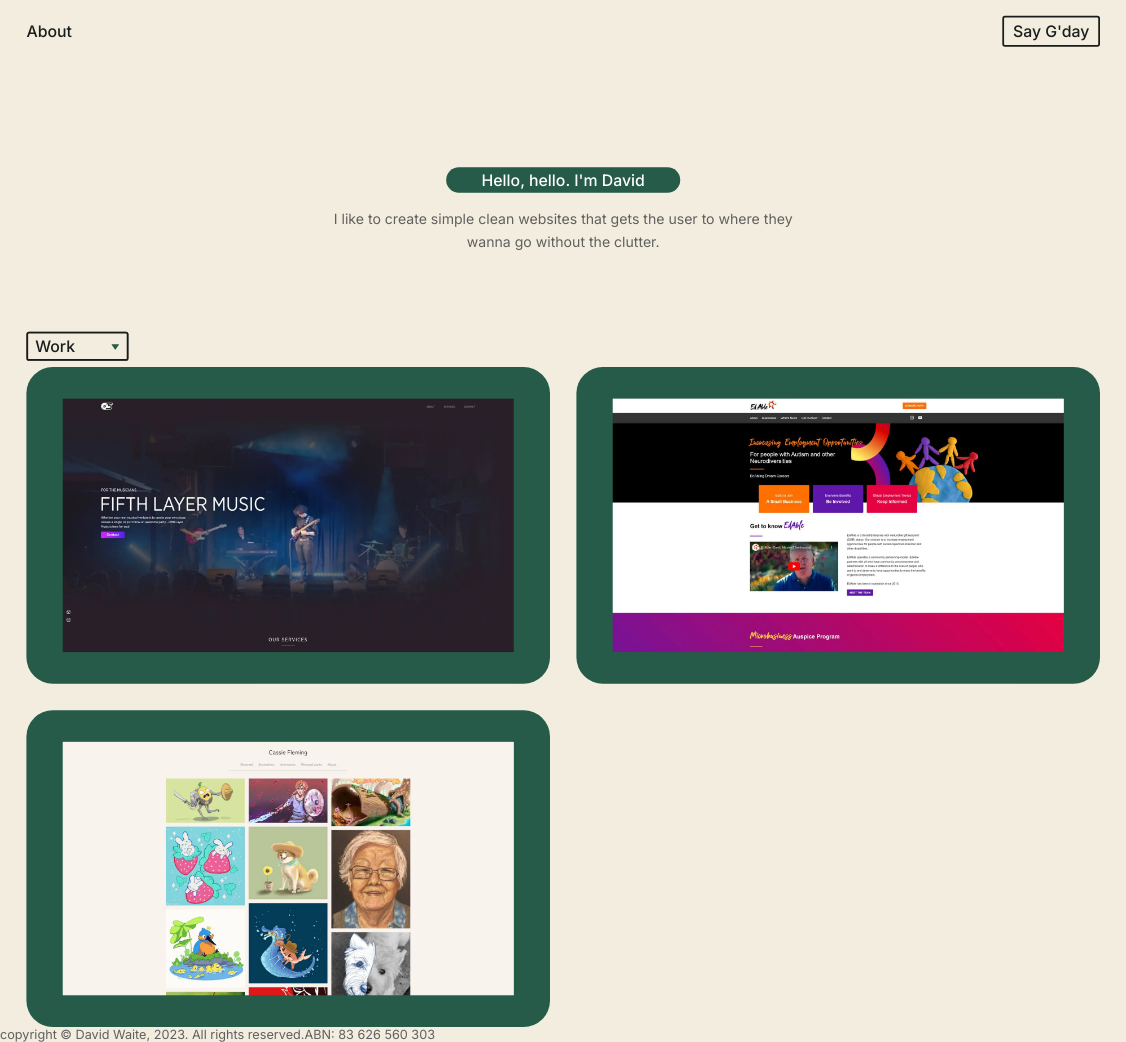
Repository: David-Waite/David-Waite-Portfolio
Page: /
The author's editor kept a copy of each file at every save. The page is drawn from the files as they stood at one save, then again after a run of saves.
The browser window is 1280 px wide. The pictures show the whole page, at 88% of full size.
The project was rebuilt for these pictures with package versions that can differ from the ones it lists, and the page was loaded fresh each time. Some packages were replaced by stand-ins written for this rebuild. The framework's server and built-in components were replaced by stand-ins that run in the browser. Also part of the build but not shown: next.config.js.

Above is the page before, as saved 2023-07-27 20:42:19.

### app/layout.tsx
import "./globals.css";
import type { Metadata } from "next";
import { Inter } from "next/font/google";
import NavBar from "./components/Nav/NavBar/NavBar";
import Footer from "./components/Footer/Footer";

const inter = Inter({ subsets: ["latin"] });

export const metadata: Metadata = {
  title: "David Waite | Web Developer",
  description: `David Waite. Web Developer. I like to create simple clean websites that gets the user to where they wanna go without the clutter.`,
};

export default function RootLayout({
  children,
}: {
  children: React.ReactNode;
}) {
  return (
    <html lang="en">
      <body className={inter.className}>
        <NavBar />
        {children}
        <Footer />
      </body>
    </html>
  );
}

### app/page.tsx
import Projects from "./components/Home/Projects/Projects";
import styles from "./page.module.css";

export default function Home() {
  return (
    <main className={styles.main}>
      <div className={styles.headingContainer}>
        <h1>Hello, hello. I&apos;m David</h1>
        <p>
          I like to create simple clean websites that gets the user to where
          they wanna go without the clutter.
        </p>
      </div>

      <Projects />
    </main>
  );
}

### app/contact/send/route.ts
import mail from "@sendgrid/mail";
import { NextResponse } from "next/server";

// Create an api key in sendgrid and store someplace safe
mail.setApiKey(process.env.SENDGRID_API_KEY || "");

type ResponseData = {
  status?: string;
  message?: string;
};

export async function POST(request: Request) {
  let response: ResponseData = {};
  const body = await request.json();
  // I know the formData I sent in my request has name, email, and message fields so I'm just manually grabbing them to format a message
  const message = `
    Name: ${body.name}\r\n
    Email: ${body.email}\r\n
    Message: ${body.message}

  `;
  const data = {
    to: "davidwaite122@gmail.com",
    from: "davidwaiteportfolio@zohomail.com.au",
    subject: "Contact Message via Sendgrid",
    text: message,
    html: message.replace(/\r\n/g, "<br>"),
  };

  // Send the data and create a response object. I'm using status and message to display a success or fail notification in the UI
  await mail
    .send(data)
    .then(() => {
      response = {
        status: "success",
        message: "Your message was sent. I'll be in contact shortly.",
      };
    })
    .catch((error) => {
      response = {
        status: "error",
        message: `Message failed to send with error, ${error}`,
      };
    });

  return NextResponse.json(response);
}

### app/globals.css
:root {
  --primary: #255b48;
  --black: #191d1b;
  --background: #f3eddf;
  --white: #ffffff;
  --grey: #606060;
  --error: #a83c23;
}

.paragraph {
  font-size: 18px;
  font-style: normal;
  font-weight: 400;
  line-height: 25.2px;
  color: var(--black);
}

body {
  background-color: var(--background);
  min-height: 100vh;
  display: flex;
  flex-direction: column;
  justify-content: space-between;
}

* {
  padding: 0;
  margin: 0;
  box-sizing: border-box;
}

### app/components/Nav/NavBar/NavBar.tsx
"use client";
import NavButton from "../NavButton/NavButton";
import styles from "./navBar.module.css";
import { usePathname } from "next/navigation";

import Link from "next/link";

export default function NavBar() {
  const currentRoute = usePathname();

  return (
    <nav className={styles.container}>
      <Link
        className={styles.link}
        href={`./${currentRoute === "/" ? "about" : "/"}`}
      >
        {currentRoute === "/" ? "About" : "Home"}
      </Link>

      {currentRoute !== "/contact" && <NavButton />}
    </nav>
  );
}

### app/components/Footer/Footer.tsx
import styles from "./footer.module.css";

export default function Footer() {
  return (
    <div className={styles.main}>
      <p>copyright © David Waite, 2023. All rights reserved.</p>
      <p>ABN: 83 626 560 303</p>
    </div>
  );
}

### app/components/Home/Projects/Projects.tsx
"use client";

import Image from "next/image";
import styles from "./projects.module.css";
import Dropdown from "../Dropdown/Dropdown";
import { useState } from "react";

export default function About() {
  const projects: any = [
    {
      image: "/simplySpell.webp",
      imageAlt: "Simply Spell",
      link: "main--radiant-pasca-39ceb4.netlify.app",
      description: "An app to help with spelling",
      madeWith: ["React Native", "expo"],
    },
    {
      image: "/2022Porfolio.webp",
      imageAlt: "2022 portfolio",
      link: "myportfolio-three-psi.vercel.app",
      description: "My portfolio from 2022",
      madeWith: ["Next.Js", "Contentful"],
    },
    {
      image: "/hannahsBirthday.webp",
      imageAlt: "hannahs birthday",
      link: "hannahs-birthday.vercel.app",
      description: "A birthday reminder",
      madeWith: ["React.Js"],
    },
    {
      image: "/zappoWebsite.webp",
      imageAlt: "zappo website landing page",
      link: "zappo-fan-page.vercel.app/",
      description: "A page showcasing my favourite lolly ",
      madeWith: ["React.Js"],
    },
    {
      image: "/boredAPI.webp",
      imageAlt: "boredAPI",
      link: "main--endearing-lebkuchen-f290d5.netlify.app",
      description: "Playing around with bored API",
      madeWith: ["JavaScript"],
    },
    {
      image: "/colourFlipper.webp",
      imageAlt: "colour Flipper main page",
      link: "main--superb-zuccutto-1e7bc5.netlify.app",
      description: "A random colour generator",
      madeWith: ["JavaScript"],
    },
  ];

  const work: any = [
    {
      image: "/FifthLayerMusic.webp",
      imageAlt: "Fifth layer music home",
      link: "fifth-layer-music.vercel.app",
      description: "A platform for musicians to do what they do best",
      madeWith: ["Next.Js"],
    },
    {
      image: "/EdAble.webp",
      imageAlt: "Edable Home",
      link: "www.edable.org.au",
      description:
        "A charity working on employing and educating in the field of autism",
      madeWith: ["Next.Js", "Contentful"],
    },
    {
      image: "/CassieFleming.webp",
      imageAlt: "Cassie Fleming illustrations",
      link: "www.cassiefleming.com",
      description: "An animation portfolio",
      madeWith: ["Next.Js", "Contentful"],
    },
  ];

  const [dropdown, setDropdown] = useState({
    selected: "Work",
    unselected: "Projects",
  });

  function handleSelect() {
    setDropdown((prev) => {
      return {
        selected: prev.unselected,
        unselected: prev.selected,
      };
    });
  }
  const data = dropdown.selected === "Projects" ? projects : work;

  const projectCardsElement: any = data.map((item: any) => {
    return (
      <div key={item.title} className={styles.contaner}>
        <div className={styles.outerContainer}>
          <div className={styles.projectsCard}>
            <div className={styles.projectContainer}>
              <div className={styles.projectInfo}>
                <div></div>
                <div>
                  <h2>{item.link}</h2>
                  <p>{item.description}</p>
                  <p className={styles.linkContainer}>
                    <a
                      href={`https://${item.link}`}
                      target="_blank"
                      className={styles.link}
                    >
                      View Website
                    </a>
                  </p>
                </div>

                <ul className={styles.madeWith}>
                  {item.madeWith.map((madewith: any) => (
                    <li key={item.title}>
                      {`${madewith}${
                        madewith === item.madeWith[item.madeWith.length - 1]
                          ? ""
                          : ","
                      }`}
                    </li>
                  ))}
                </ul>
              </div>

              <Image
                className={styles.projectImages}
                src={item.image}
                alt={item.imageAlt}
                fill={true}
              />
            </div>
          </div>
        </div>
      </div>
    );
  });
  return (
    <>
      <Dropdown onClick={handleSelect} dropdown={dropdown} />
      <div className={styles.projectsGrid}>{projectCardsElement}</div>
    </>
  );
}

### app/page.module.css
.main {
  margin: 0 30px;
}
.headingContainer {
  display: flex;
  flex-direction: column;
  align-items: center;
  margin: 120px 0px;
}

.headingContainer h1 {
  background-color: var(--primary);
  color: var(--white);
  font-size: 18px;
  font-weight: 500;
  padding: 4px 40px;
  border-radius: 20px;
  margin-bottom: 16px;
}

.headingContainer p {
  color: var(--grey);
  max-width: 550px;
  text-align: center;
  line-height: 27px;
}

@media (max-width: 768px) {
  .main {
    margin: 0 20px;
  }
}

@media (max-width: 425px) {
  .headingContainer h1,
  .headingContainer h1 p {
    font-size: 16px;
  }
}

### app/components/Nav/NavButton/NavButton.tsx
import styles from "./navButton.module.css";

import Link from "next/link";

export default function NavButton() {
  return (
    <Link className={styles.container} href={"./contact"}>
      Say G&apos;day
    </Link>
  );
}

### app/components/Nav/NavBar/navBar.module.css
.container {
  display: flex;
  align-items: center;
  justify-content: space-between;
  height: 70px;
  padding: 0 30px;
}

.link {
  color: var(--black);
  text-decoration: none;
  font-size: 18px;
  font-weight: 500;
  cursor: pointer !important;
}

.link:hover {
  color: var(--grey);
}

@media (max-width: 768px) {
  .container {
    padding: 0 20px;
  }
}
@media (max-width: 425px) {
  .link {
    font-size: 16px;
  }
}

### app/components/Footer/footer.module.css
.main {
  text-align: center;
  margin-top: auto;
  font-size: 14.4px;
  color: var(--grey);
  display: flex;
}

### app/components/Home/Projects/projects.module.css
.projectsGrid {
  display: grid;
  grid-template-columns: 1fr 1fr 1fr;
  gap: 30px;
}

.projectsCard {
  background-color: var(--primary);
  height: calc((100vw / 3) / 16 * 9);
  border-radius: 30px;
  display: flex;
  align-items: center;
  justify-content: center;
}

.projectContainer {
  position: relative;
  height: calc(100% - 120px);
  width: calc(100% - 168px);
}
.projectImages {
  object-fit: contain;
  z-index: 0;
  transition: 0.4s;
  border-radius: 3px;
}
.projectInfo {
  position: absolute;
  top: 50%;
  left: 50%;
  width: 100%;
  height: 100%;
  transform: translate(-50%, -50%);
  z-index: 2;
  display: flex;
  flex-direction: column;
  justify-content: space-between;
  align-items: center;
  opacity: 0;
  transition: 0.4s;
}

.projectsCard h2 {
  text-align: center;
  color: var(--white);
  font-size: 18px;
  font-weight: 500;
}

.projectsCard p {
  font-size: 18px;
  text-align: center;
  margin: 8px 30px 0 30px;
  color: var(--white);
  font-weight: 300;
}

.madeWith {
  list-style: none;
  display: flex;
  justify-content: center;
  gap: 8px;
  color: #a7a7a7;
  font-size: 14.4px;
}

.contaner:hover .projectImages {
  opacity: 0;
  transform: scale(1.1);
}

.contaner:hover .projectInfo {
  opacity: 1;
}

.linkContainer {
  padding-top: 16px;
}
.link {
  text-align: center;
  border: 2px solid var(--white);
  padding: 4px 8px;
  text-decoration: none;
  color: var(--white);
  border-radius: 3px;
  font-weight: 500;
}

.link:hover {
  color: var(--primary);
  background-color: var(--white);
}
@media (max-width: 1700px) {
  .projectContainer {
    height: calc(100% - 68px);
    width: calc(100% - 82px);
  }
}

@media (max-width: 1300px) {
  .projectsGrid {
    grid-template-columns: 1fr 1fr;
  }

  .projectsCard {
    background-color: var(--primary);
    height: calc((100vw / 2) / 16 * 9);
  }
}

@media (max-width: 768px) {
  .projectsGrid {
    grid-template-columns: 1fr;
    gap: 20px;
  }

  .projectsCard {
    height: calc((100vw) / 16 * 9);
  }

  .projectContainer {
    height: calc(100% - 50px);
    width: calc(100% - 50px);
  }
}

@media (max-width: 425px) {
  .projectsCard p,
  .projectsCard h2 {
    font-size: 16px;
  }
  .link {
    font-size: 12px;
  }
  .linkContainer {
    padding-top: 8px;
  }

  .madeWith {
    font-size: 12.8px;
  }
  .projectContainer {
    height: calc(100% - 50px);
    width: calc(100% - 0px);
  }
}

### app/components/Home/Dropdown/Dropdown.tsx
"use client";

import { useState } from "react";
import styles from "./dropdown.module.css";
import { BiSolidDownArrow } from "react-icons/bi";

export default function Dropdown(props: { onClick: any; dropdown: any }) {
  const [selectTopHover, setSelectTopHover] = useState(false);
  const [hover, setHover] = useState(false);

  function handleSelect() {
    props.onClick();
    setHover(false);
  }

  function toggleSelect() {
    setHover((prev) => !prev);
  }

  const openStyle = {
    top: "-32px",
  };

  const closedStyle = {
    top: "6px",
  };

  const openSVGStyle = {
    transform: "rotate(180deg)",
  };

  const hoverSVGStyle = {
    color: "white",
  };

  return (
    <div
      className={styles.selectContainer}
      onMouseLeave={() => setHover(false)}
    >
      <div
        className={styles.select}
        onMouseOver={() => setSelectTopHover(true)}
        onMouseOut={() => setSelectTopHover(false)}
        onClick={toggleSelect}
      >
        {props.dropdown.selected}
        <BiSolidDownArrow
          style={Object.assign(
            hover && openSVGStyle,
            selectTopHover && hoverSVGStyle
          )}
        />
      </div>
      <div
        onClick={handleSelect}
        className={styles.dropdown}
        style={hover ? closedStyle : hover === false ? openStyle : closedStyle}
      >
        {props.dropdown.unselected}
      </div>
    </div>
  );
}

### app/components/Nav/NavButton/navButton.module.css
.container {
  border: 2px solid var(--black);
  color: var(--black);
  font-weight: 500;
  border-radius: 3px;
  font-size: 18px;
  padding: 5px 10px;
  transition: 0.3s;
  text-decoration: none;
  cursor: pointer !important;
}

.container:hover {
  background-color: var(--primary);
  color: var(--white);
}

@media (max-width: 425px) {
  .container {
    font-size: 16px;
  }
}

### app/components/Home/Dropdown/dropdown.module.css
.selectContainer {
  display: flex;
  position: relative;
  width: 116px;

  height: 8px;
}
.select {
  width: 116px;
  z-index: 2;
  top: -32px;
  position: absolute;
  display: flex;
  justify-content: space-between;
  align-items: center;
  font-size: 18px;
  color: var(--black);
  border: 2px solid var(--black);
  border-radius: 3px;
  padding: 4px 8px;
  background-color: var(--background);
  margin-bottom: 8px;
  font-weight: 500;
  transition: 0.3s;
  cursor: pointer !important;
}

.select:hover {
  background-color: var(--primary);
  color: var(--white);
}

.select svg {
  font-size: 10px;
  color: var(--primary);
  transition: 0.3s;
}

.dropdown {
  position: absolute;
  z-index: 1;
  color: var(--grey);
  width: 100%;
  font-size: 18px;
  border: 2px solid var(--grey);
  border-radius: 3px;
  padding: 4px 8px;
  background-color: var(--background);
  margin-bottom: 8px;
  transition: 0.3s;
  font-weight: 500;
  cursor: pointer !important;
}

.dropdown:hover {
  background-color: var(--primary);
  color: var(--white);
  border-color: var(--black);
}

@media (max-width: 425px) {
  .select,
  .dropdown {
    font-size: 16px;
    width: 108px;
  }
}

After the next 3 saves:
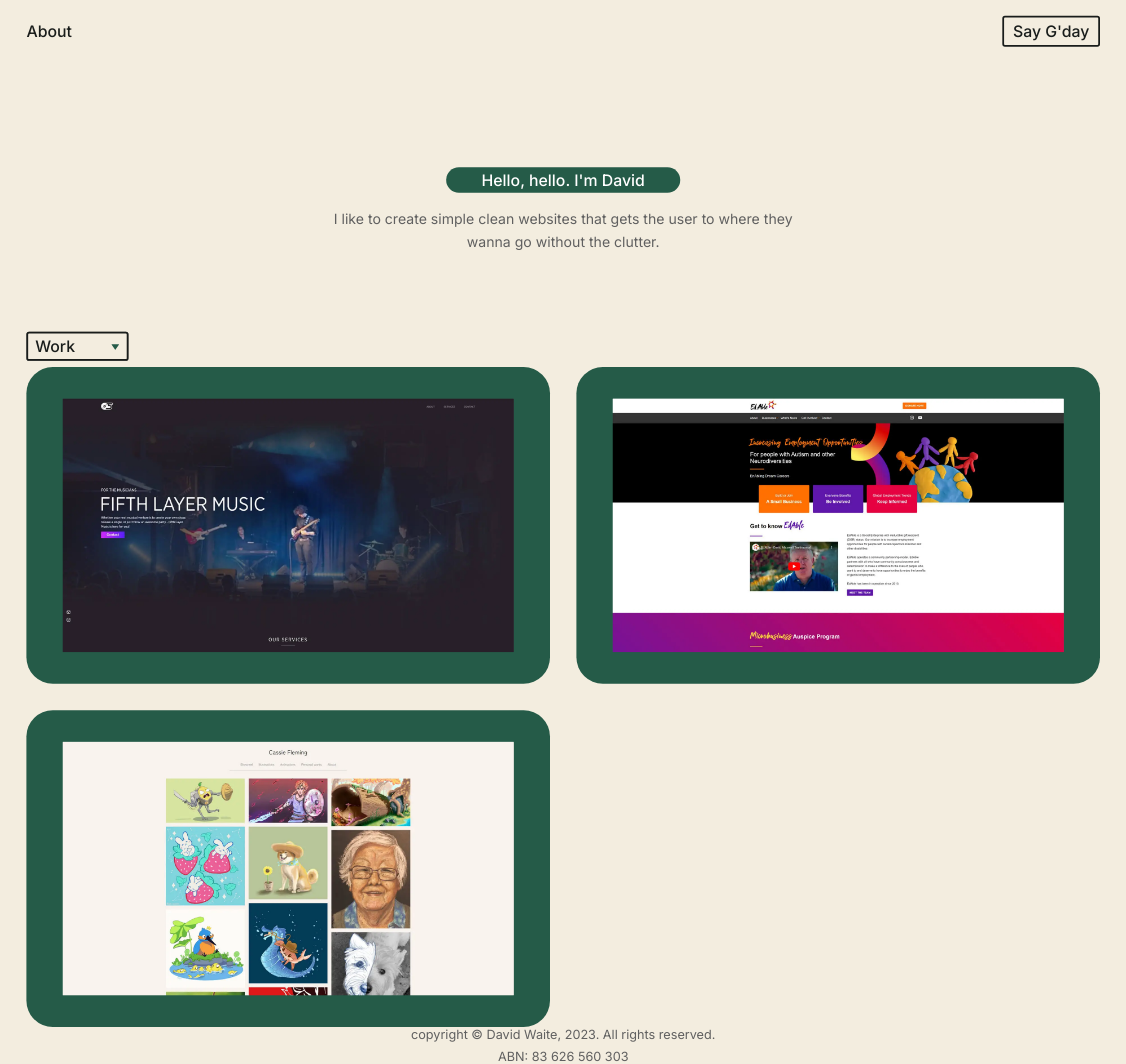
The 3 saves are shown as one change because they came seconds apart.
The last was saved 11 s later.
--- a/app/components/Footer/footer.module.css
+++ b/app/components/Footer/footer.module.css
@@ -4,4 +4,6 @@
   font-size: 14.4px;
   color: var(--grey);
   display: flex;
+  flex-direction: column;
+  gap: 8px;
 }
